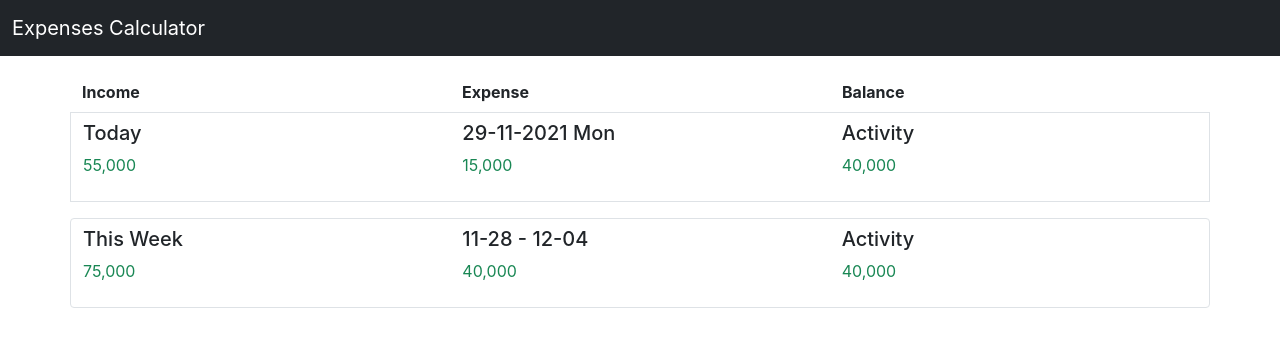
Repository: eidankhan/expenses-calculator
Page: /
The author's editor kept a copy of each file at every save. The page is drawn from the files as they stood at one save, then again after the next save.
The browser window is 1280 px wide. The pictures show the whole page.
The project was rebuilt for these pictures with package versions that can differ from the ones it lists, and the page was loaded fresh each time. Also part of the build but not shown: src/components/SaveIncome.js.

Above is the page before, as saved 2021-11-29 17:16:42.

### public/index.html
<!DOCTYPE html>
<html lang="en">
  <head>
    <meta charset="utf-8" />
    <link rel="icon" href="%PUBLIC_URL%/favicon.ico" />
    <meta name="viewport" content="width=device-width, initial-scale=1" />
    <meta name="theme-color" content="#000000" />
    <meta
      name="description"
      content="Web site created using create-react-app"
    />
    <link rel="apple-touch-icon" href="%PUBLIC_URL%/logo192.png" />
    <link rel="manifest" href="%PUBLIC_URL%/manifest.json" />
    <!-- CSS only -->
    <link
      href="https://cdn.jsdelivr.net/npm/bootstrap@5.1.3/dist/css/bootstrap.min.css"
      rel="stylesheet"
      integrity="sha384-1BmE4kWBq78iYhFldvKuhfTAU6auU8tT94WrHftjDbrCEXSU1oBoqyl2QvZ6jIW3"
      crossorigin="anonymous"
    />
    <title>Shopping Cart App</title>
  </head>
  <body>
    <noscript>You need to enable JavaScript to run this app.</noscript>
    <div id="root"></div>
    <!-- JavaScript Bundle with Popper -->
    <script
      src="https://cdn.jsdelivr.net/npm/bootstrap@5.1.3/dist/js/bootstrap.bundle.min.js"
      integrity="sha384-ka7Sk0Gln4gmtz2MlQnikT1wXgYsOg+OMhuP+IlRH9sENBO0LRn5q+8nbTov4+1p"
      crossorigin="anonymous"
    ></script>
  </body>
</html>

### src/App.js
// import {
//   BrowserRouter as Router,
//   Routes,
//   Route,
// } from "react-router-dom";

import { IncomeSummary } from "./components/IncomeSummary";
import { Navbar } from "./components/Navbar";
import { SaveIncome } from "./components/SaveIncome";

function App() {
  return (
    <>
      <Navbar />
      <div className="container my-3">
        {/* <SaveIncome/> */}
        <IncomeSummary/>
      </div>
    </>
  );
}

export default App;

### src/components/IncomeSummary.js
import React from "react";

export const IncomeSummary = () => {
  return (
    <div className="my-3">
      <div className="row">
        <div className="col-md-4 my-2 ">
          {" "}
          <strong>Income</strong>{" "}
        </div>
        <div className="col-md-4 my-2 ">
          {" "}
          <strong>Expense</strong>{" "}
        </div>
        <div className="col-md-4 my-2 ">
          {" "}
          <strong>Balance</strong>{" "}
        </div>
      </div>
      <div className="row border rounder">
        <div className="col-md-4 my-2">
          <h5> Today </h5>
          <p className="text-success"> 55,000</p>
        </div>
        <div className="col-md-4 my-2">
          <h5> 29-11-2021 Mon </h5>
          <p className="text-success"> 15,000</p>
        </div>
        <div className="col-md-4 my-2">
          <h5> Activity </h5>
          <p className="text-success"> 40,000</p>
        </div>
      </div>
      <div className="row border rounded my-3">
        <div className="col-md-4 my-2">
          <div className="cards">
            <h5> This Week </h5>
            <p className="text-success"> 75,000</p>
          </div>
        </div>
        <div className="col-md-4 my-2">
          <h5> 11-28 - 12-04 </h5>
          <p className="text-success"> 40,000</p>
        </div>
        <div className="col-md-4 my-2">
          <h5> Activity </h5>
          <p className="text-success"> 40,000</p>
        </div>
      </div>
    </div>
  );
};

### src/components/Navbar.js
import React from "react";

export const Navbar = () => {
  return (
    <nav className="navbar navbar-dark bg-dark">
      <div className="container-fluid">
        <a className="navbar-brand" href="/" > Expenses Calculator</a>

        {/* <form className="d-flex">
          <input
            className="form-control me-2"
            type="search"
            placeholder="Search"
            aria-label="Search"
          />
          <button className="btn btn-outline-success" type="submit">
            Search
          </button>
        </form> */}

      </div>
    </nav>
  );
};

Loaded but not shown: src/index.js (common file); src/index.css (common file)

After the next save:
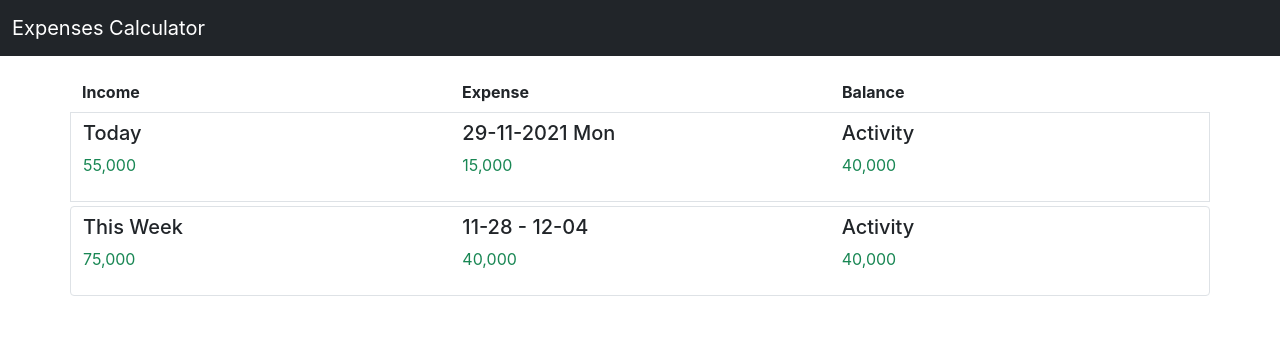
Saved 6 s later.
--- a/src/components/IncomeSummary.js
+++ b/src/components/IncomeSummary.js
@@ -31,7 +31,7 @@ export const IncomeSummary = () => {
           <p className="text-success"> 40,000</p>
         </div>
       </div>
-      <div className="row border rounded my-3">
+      <div className="row border rounded my-1">
         <div className="col-md-4 my-2">
           <div className="cards">
             <h5> This Week </h5>
